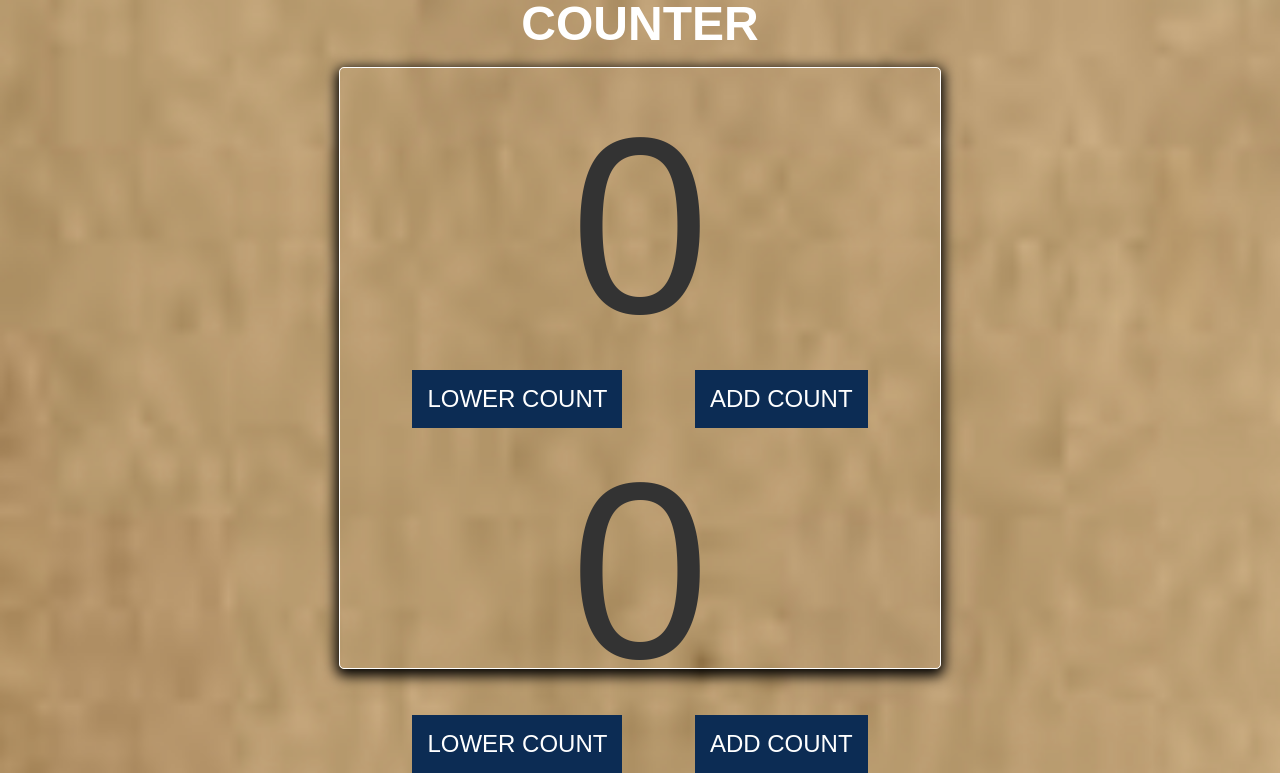
Repository: Hasmik-icml/counter
Page: index.html
An editor plug-in stored every save of this project. The page is shown before and after the next save, followed by the edit.
The browser window is 1280 px wide. The pictures show the whole page.

Above is the page before, as saved 2022-02-14 17:29:31.

### index.html
<!DOCTYPE html>
<html lang="en">
<head>
    <meta charset="UTF-8">
    <meta http-equiv="X-UA-Compatible" content="IE=edge">
    <meta name="viewport" content="width=device-width, initial-scale=1.0">
    <link rel="stylesheet" href="/style.css">
    <title>Document</title>
</head>
<body>
    <div class="container">
        <h1 class="counterHeader">COUNTER</h1>
        <div class="result">0</div>
        <div class="buttons">
            <button class="buttonLower button">LOWER COUNT</button>
            <button class="buttonAdd button">ADD COUNT</button>
        </div>
        <!--  -->
        <div class="result">0</div>
        <div class="buttons">
            <button class="buttonLower button">LOWER COUNT</button>
            <button class="buttonAdd button">ADD COUNT</button>
        </div>

    </div>
    <script src="/index.js"></script>
</body>
</html>

### style.css
body{
    display:flex;
    flex-direction:column;
    justify-content:center;
    min-height:100vh;
    background-image: url("/Screenshot_14.png");
    background-repeat: no-repeat;
    background-size: cover;
}
.container {
    width: 600px;
    height: 600px;
    border: 1px solid white;
    border-radius: 5px;
    margin: auto;
    text-align: center;
    box-shadow: 0px 4px 13px 3px;
    display: flex;
    flex-direction: column;
    justify-content: center;
}
.counterHeader{
    color: white;
    font-family: sans-serif;
    font-size: xxx-large;
}
.result{
    color: #333333;
    font-family: sans-serif;
    font-size: 250px;
}
.button{
    background-color: #0c2c54;
    border-style: none;
    color: white;
    padding: 15px;
    font-family: sans-serif;
    font-size: x-large;
}
.buttons{
    display: flex;
    justify-content: space-evenly;
}

### index.js
const result = document.querySelector(".result");
const buttonLower = document.querySelector(".buttonLower");
const buttonAdd = document.querySelector(".buttonAdd");

buttonLower.addEventListener("click", function(){
    result.innerHTML--;
})
buttonAdd.addEventListener("click", function(){
    result.innerHTML++;
})

// function incrisOrDecris(){

// }
// document.querySelectorAll(".button").forEach(item => {
//     item.addEventListener("click", function(e){
//         console.log(e.target);
//         // this.innerHTML++;
//     })
// })

After the next save:
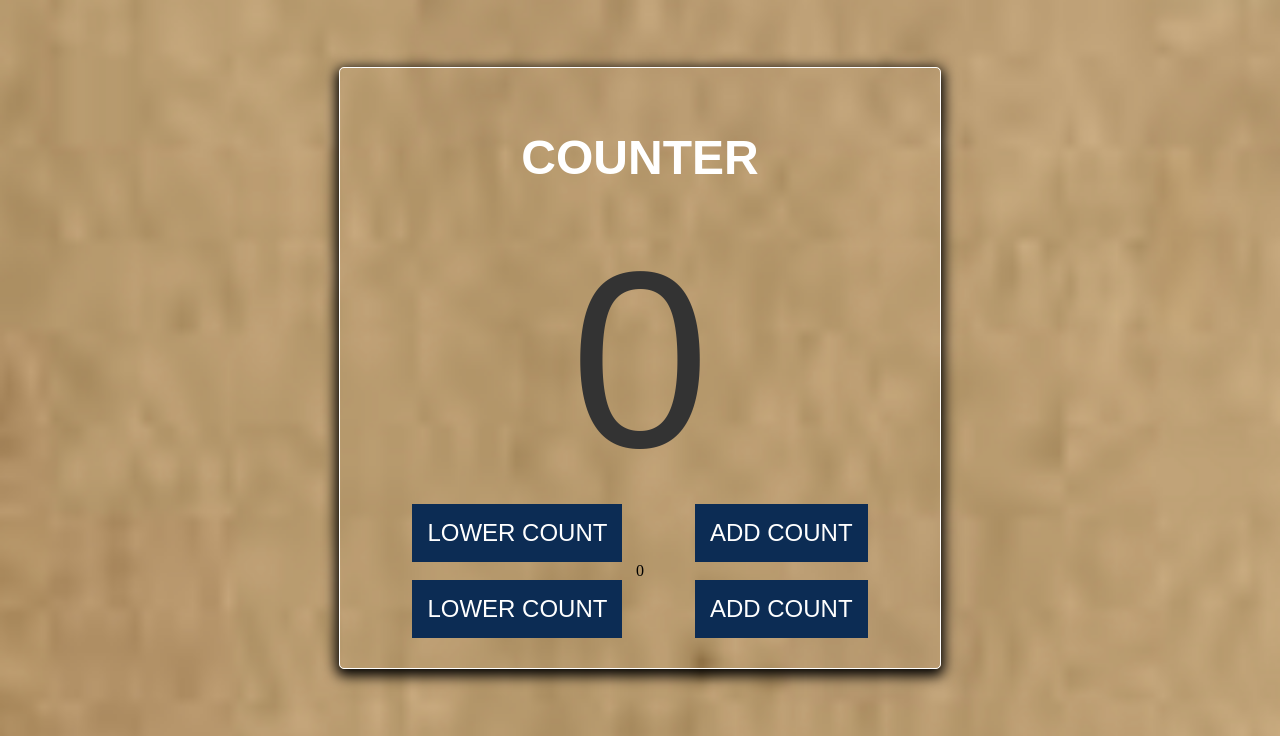
Saved 4 s later.
--- a/index.html
+++ b/index.html
@@ -16,7 +16,7 @@
             <button class="buttonAdd button">ADD COUNT</button>
         </div>
         <!--  -->
-        <div class="result">0</div>
+        <div class="resultSum">0</div>
         <div class="buttons">
             <button class="buttonLower button">LOWER COUNT</button>
             <button class="buttonAdd button">ADD COUNT</button>

After the save that followed:
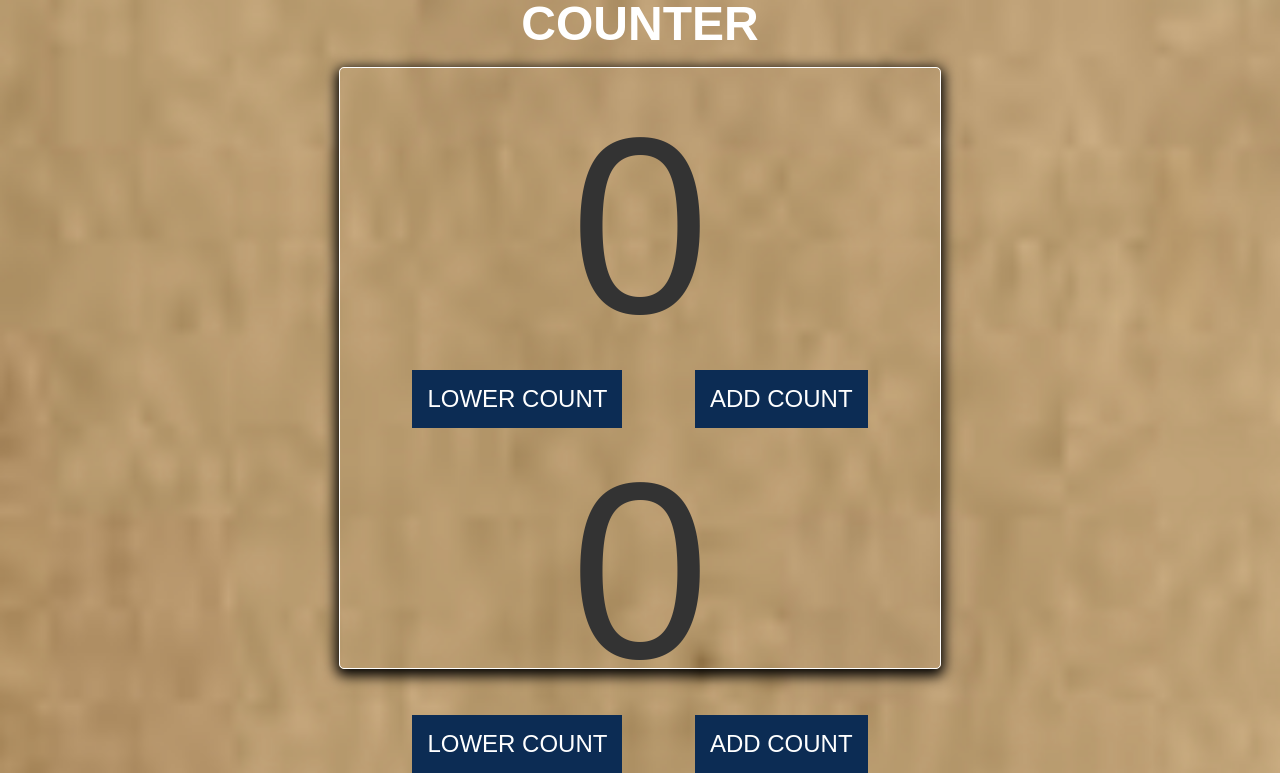
Saved 10 s later.
--- a/index.html
+++ b/index.html
@@ -16,7 +16,7 @@
             <button class="buttonAdd button">ADD COUNT</button>
         </div>
         <!--  -->
-        <div class="resultSum">0</div>
+        <div class="resultSum result">0</div>
         <div class="buttons">
             <button class="buttonLower button">LOWER COUNT</button>
             <button class="buttonAdd button">ADD COUNT</button>
